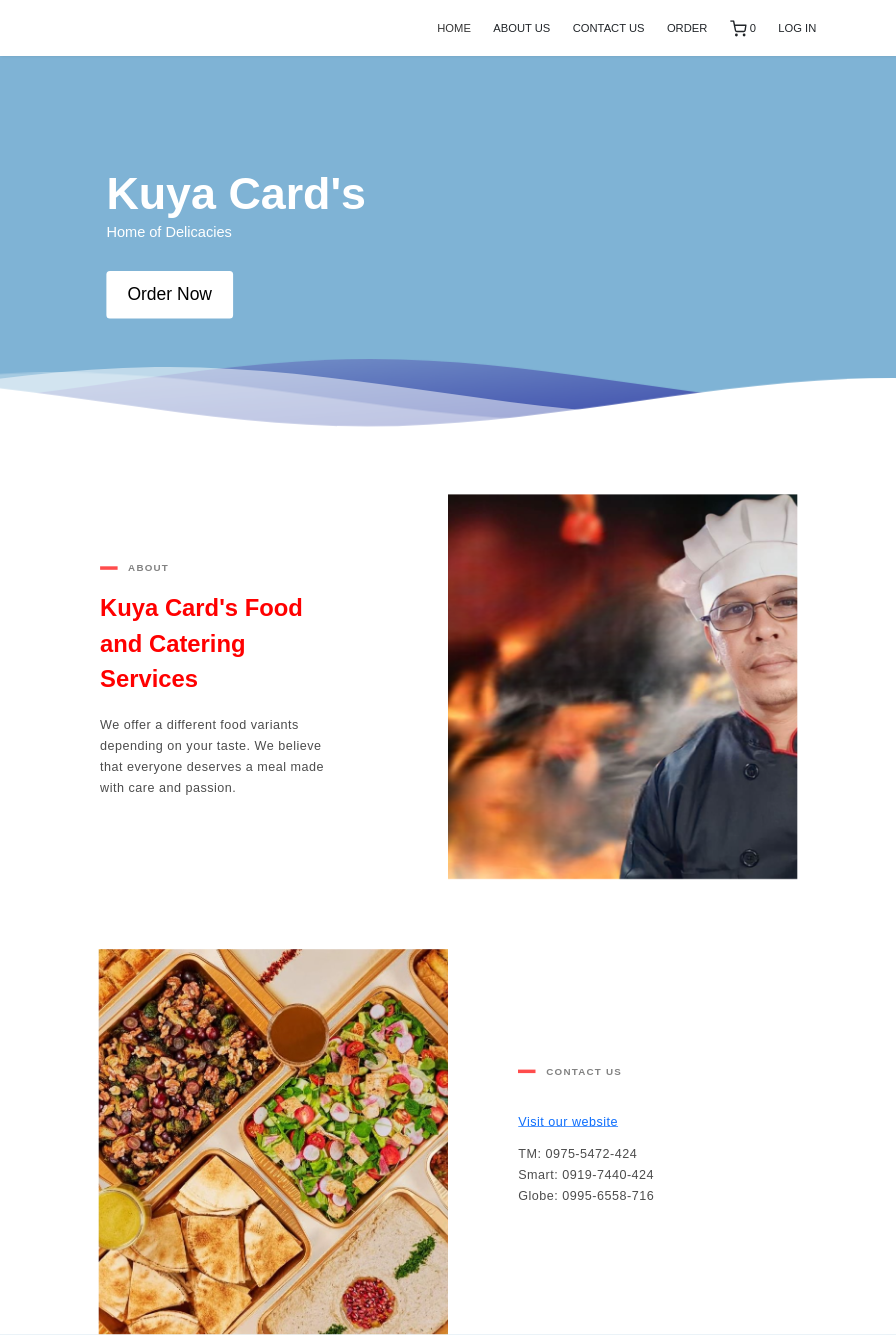
Repository: banbanny/kuyacards_catering
Page: http://localhost/login_signup.php
The author's editor kept a copy of each file at every save. The page is drawn from the files as they stood at one save, then again after a run of saves.
The browser window is 1280 px wide. The pictures show the part of the page from y = 0 to 1920 px (the page is 2864 px tall before and 720 px after), at 70% of full size.
The page is run by PHP 8.4 with error messages shown; the project is at /var/www/html/.

Above is the page before, as saved 2024-11-26 15:33:35.
Console error: SyntaxError: missing ) after argument list

After the next 5 saves:
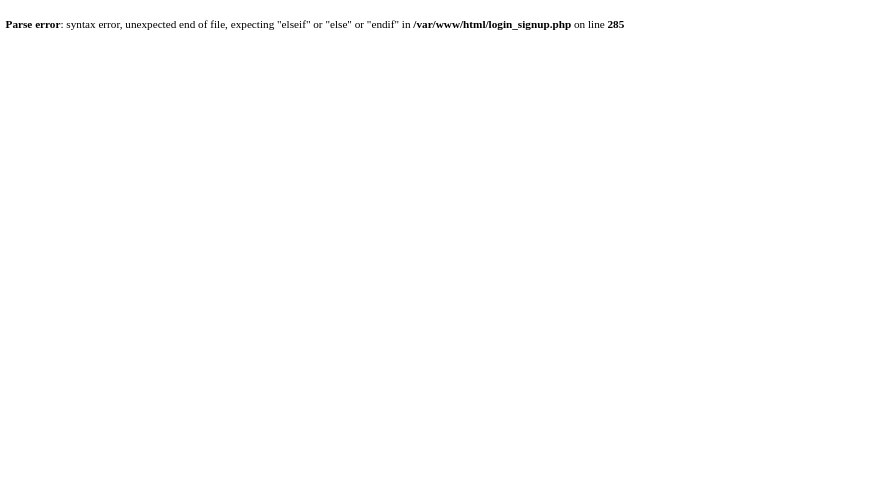
The error is gone.
The 5 saves are shown as one change because they came seconds apart.
The last was saved 76 s later.
--- a/login_signup.php
+++ b/login_signup.php
@@ -55,10 +55,7 @@ if (isset($_SESSION['user_id'])) {
         <?php if (isset($_SESSION['user_id'])): ?>
             <!-- Show LOG OUT button if user is logged in -->
             <li><a href="logout.php" class="nav-link">LOG OUT</a></li>
-        <?php else: ?>
-            <!-- Show LOG IN button if user is not logged in -->
-            <li><a href="login_signup.php" class="nav-link">LOG IN</a></li>
-        <?php endif; ?>
+            ?>
     </ul>
 </nav>
 
